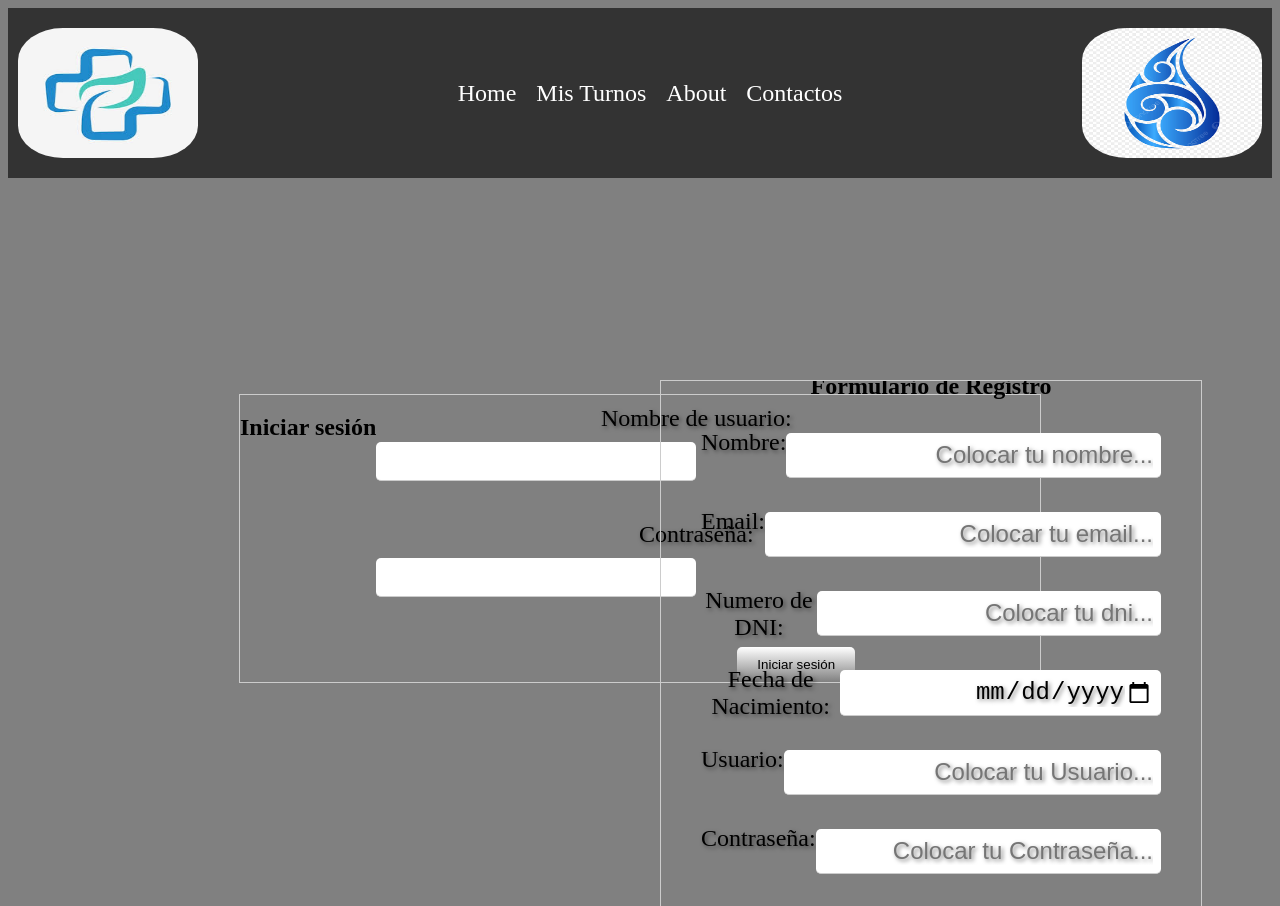
Repository: mauro8778/TurnoClinica
Page: / (app in front/vite-project/)
These files come from the project's save history. The page is drawn as it stood at one moment and after the next save; the edit follows.
The browser window is 1280 px wide. The pictures show the whole page.
The project was rebuilt for these pictures with package versions that can differ from the ones it lists, and the page was loaded fresh each time. Also part of the build but not shown: front/vite-project/vite.config.js.

Above is the page before, as saved 2024-04-14 14:12:06.

### front/vite-project/src/App.jsx

import "./index.css"
import NavBar from "./components/NavBar/NavBar.jsx";
import Login from "./views/Login/Login"
import Register from "./views/Register/Register.jsx";


function App() {


  return (
    <>
    <NavBar/>
  <Login/>
  <Register/>
    </>


  )
}

export default App

### front/vite-project/src/index.css
body{

  background-color: grey;
}

### front/vite-project/src/components/NavBar/NavBar.jsx

import  "./NavBar.css";
import hospital from "../../assets/hospital.jpg"
import logo from "../../assets/logo.jpg"


const NavBar=()=>{

    return(
    <>

    <div className="navbar">
      <img src={hospital} alt="Imagen 1" className="left-image" />
      <ul className="nav-list">
        <li>Home</li>
        <li>Mis Turnos </li>
        <li>About</li>
        <li>Contactos </li>
      </ul>
      <img src={logo} alt="Imagen 2" className="right-image" />
    </div>


    </>
    )
}
export default NavBar;

### front/vite-project/src/views/Login/Login.jsx
import { useState } from "react";
import axios from "axios"
import "./login.css";

const LoginForm = () => {
  const [credentials, setCredentials] = useState({
    username: "",
    password: ""
  });

  const [error, setError] = useState("");

  const handleInputChange = (event) => {
    const { name, value } = event.target;
    setCredentials({
      ...credentials,
      [name]: value
    });
  };

  const handleFormSubmit = async (event) => {
    event.preventDefault();
    if (!credentials.username && !credentials.password) {
        setError("Faltan rellenar los campos de usuario y contraseña");
        return;
      }
      if (!credentials.username) {
        setError("Falta colocar el nombre de usuario");
        return;
      }
      if (!credentials.password) {
        setError("Falta colocar la contraseña");
        return;
      }
    try {
        const response = await axios.post("http://localhost:3000/users/loguin", credentials);
        if (response.status === 200) {
          alert("Inicio de sesión exitoso");
        } else {
          setError("Credenciales inválidas");
        }
    } catch (error) {
        if (error.response && error.response.status === 400) {
          setError("Usuario inexistente");
        } else if (error.response && error.response.status === 401) {
          setError("Contraseña incorrecta");
        } else {
          setError ("Error al iniciar sesión. Por favor, inténtalo de nuevo más tarde");
        }
    }
};
  return (
    <div className="card-container">
    <div className="card">
      <h2>Iniciar sesión</h2>
      <form onSubmit={handleFormSubmit} className="form-container">
        <div className="input-container">
          <label htmlFor="username">Nombre de usuario:</label>
          <input
            type="text"
            id="username"
            name="username"
            value={credentials.username}
            onChange={handleInputChange}
          />
        </div>
        <div className="input-container">
          <label htmlFor="password">Contraseña:</label>
          <input
            type="password"
            id="password"
            name="password"
            value={credentials.password}
            onChange={handleInputChange}
          />
        </div>
        {error && <p className="error">{error}</p>}
        <button type="submit">Iniciar sesión</button>
      </form>
    </div>
  </div>
);
};

export default LoginForm;

### front/vite-project/src/views/Register/Register.jsx

import { useState, useEffect } from "react";
import "../Register/Register.css";
import { Validate } from "../../helper/validate";
import axios from "axios";

const Register = () => {
  const [userData, setUserData] = useState({
    name: "",
    email: "",
    nDni: "",
    birthdate: "",
    username: "",
    password: ""
  });

  const [errors, setErrors] = useState({
    name: "",
    email: "",
    nDni: "",
    birthdate: "",
    username: "",
    password: ""
  });

  const [formSubmitted, setFormSubmitted] = useState(false);

  const handleInputChange = (event) => {
    const { name, value } = event.target;
    setUserData({
      ...userData,
      [name]: value
    });
  };

  const handleFormSubmit = (event) => {
    event.preventDefault();
    setFormSubmitted(true);
  };

  useEffect(() => {
    if (formSubmitted) {
      const currentErrors = Validate(userData);
      setErrors(currentErrors);

      const noErrors = Object.values(currentErrors).every(
        (error) => error === ""
      );

      if (noErrors) {
        axios
          .post("http://localhost:3000/users/register", userData)
          .then(() => {
            alert("Usuario creado con éxito");
            setFormSubmitted(false);
            setUserData({
              name: "",
              email: "",
              nDni: "",
              birthdate: "",
              username: "",
              password: ""
            });
            setErrors({
              name: "",
              email: "",
              nDni: "",
              birthdate: "",
              username: "",
              password: ""
            });
          })
          .catch((error) => {
            console.error("Error al enviar los datos:", error);
          });
      }
    }
  }, [formSubmitted, userData]);

  return (
    <>
      <div className="tarjeta">
        <div className="contenido">
          <h2>Formulario de Registro</h2>
          <form onSubmit={handleFormSubmit}>
            <label htmlFor="name">
              Nombre:
              <input
                type="text"
                value={userData.name}
                name="name"
                placeholder="Colocar tu nombre..."
                onChange={handleInputChange}
              />
            </label>
            {formSubmitted && <p className="error">{errors.name}</p>}

            <label htmlFor="email">
              Email:
              <input
                type="text"
                value={userData.email}
                name="email"
                placeholder="Colocar tu email..."
                onChange={handleInputChange}
              />
            </label>
            {formSubmitted && <p className="error">{errors.email}</p>}

            <label htmlFor="nDni">
              Numero de DNI:
              <input
                type="text"
                value={userData.nDni}
                name="nDni"
                placeholder="Colocar tu dni..."
                onChange={handleInputChange}
              />
            </label>
            {formSubmitted && <p className="error">{errors.nDni}</p>}

            <label htmlFor="birthdate">
              Fecha de Nacimiento:
              <input
                type="date"
                value={userData.birthdate}
                name="birthdate"
                placeholder="Colocar tu Fecha de Nacimiento..."
                onChange={handleInputChange}
              />
            </label>
            {formSubmitted && <p className="error">{errors.birthdate}</p>}

            <label htmlFor="username">
              Usuario:
              <input
                type="text"
                value={userData.username}
                name="username"
                placeholder="Colocar tu Usuario..."
                onChange={handleInputChange}
              />
            </label>
            {formSubmitted && <p className="error">{errors.username}</p>}

            <label htmlFor="password">
              Contraseña:
              <input
                type="password"
                value={userData.password}
                name="password"
                placeholder="Colocar tu Contraseña..."
                onChange={handleInputChange}
              />
            </label>
            {formSubmitted && <p className="error">{errors.password}</p>}

            <button type="submit">Enviar</button>
          </form>
        </div>
      </div>
    </>
  );
};

export default Register;

### front/vite-project/src/components/NavBar/NavBar.css
.navbar {
  display: flex;
  justify-content: space-between;
  align-items: center;
  background-color: #333;
  padding: 10px;
  height: 150px;
}

.nav-list {
  list-style: none;
  display: flex;
  margin: 0;
  padding: 0;
}

.nav-list li {
  margin-left: 20px;
  color: white;
  font-size: 1.5rem;
}

.left-image,
.right-image {
  width: 180px;
  height: 130px;
  border-radius: 25%;
}

### front/vite-project/src/views/Login/login.css
.card-container {
  display: flex;
  justify-content: center;
  align-items: center;
  height: 100vh;
}
.centered{
  text-align: center;
  font-size: 3rem;
  color: black;
  padding: 10px 20px;
  text-shadow: 2px 2px 4px rgba(0, 0, 0, 0.5);
}
label{
  text-align: center;
  font-size: 1.5rem;
  color: black;
  padding: 10px 20px;
  border-radius: 5px;
  text-shadow: 2px 2px 4px rgba(0, 0, 0, 0.5);
  display: flex;
  justify-content: center;

}
input{
  text-align: right;
  font-size: 1.5rem;
  color: black;
  padding: 10px 20px;
  border-radius: 5px;
  text-shadow: 2px 2px 4px rgba(0, 0, 0, 0.5);
}

.card {
  display: flex;
  border: 1px solid #ccc;
  width: 80%;
  max-width: 800px;
}

.left-column,
.right-column {
  flex: 1;
  padding: 20px;
  background: linear-gradient(white,grey) ;
  display: flex;
  justify-content: center;
  align-items: center;
}

.left-column {
  border-right: 1px solid #ccc;
  background: linear-gradient(white,grey);
  display: flex;
  justify-content: center;
  align-items: center;
}

.right-column {
  display: flex;
  flex-direction: column;
  align-items: center;
  padding: 20px; }

.right-column h2 {
  margin-bottom: 20px;
}

.form-container {
  width: 80%;
  text-align: center;
}

.input-container {
  width: 100%;
  margin-bottom: 20px;
  text-align: left;
}

.error {
  color: red;
  text-align: center;
}

.button-container {
  margin: 0 5px;
}


.botones{
  display: flex;
  justify-content: space-between;
  align-items: center;
}
button {
  padding: 10px 20px;
  background: linear-gradient(white, grey);
  transition: background-color 0.3s ease;
  text-decoration: none;
  color: #333;
  border-radius: 5px;
}
button:hover {
  background-color: rgba(0, 0, 0, 0.1);
}
.Links {
  padding: 10px 20px;
  background: linear-gradient(white, grey);
  transition: background-color 0.3s ease;
  text-decoration: none;
  color: #333;
  border-radius: 5px;
}
.Links:hover {
  background-color: rgba(0, 0, 0, 0.1);
}

### front/vite-project/src/views/Register/Register.css
.tarjeta {
    display: flex;
    flex-direction: column;
    justify-content: center;
    align-items: center;
    width: 500px;
    height: 500px;
    margin: 20px;
    padding: 20px;
    position: relative;
    overflow: hidden;
    border: 1px solid #ccc;
    background-color: transparent;
    transition: all 0.3s ease;
    position: fixed; /* Utiliza una posición fija para que se centre en la pantalla */
  top: 50%; /* Posición vertical centrada */
  left: 50%;
  }

  .tarjeta:hover {
    transform: scale(1.05);
    box-shadow: 0 0 10px rgba(0, 0, 0, 0.2);
  }

  .contenido {
    display: flex;
    flex-direction: column;
    align-items: center;
  }

  .contenido h2 {
    color: black;
  }

  button {
    margin-top: 20px;
    padding: 10px 20px;
    background-color: transparent;
    border: none;
    color: black;
    cursor: pointer;
    margin-left: 200px;
  }

  button:hover {
    background-color: #ccc;
  }

  input {
    margin-bottom: 10px;
    padding: 5px;
    border: none;
    border-bottom: 1px solid #ccc;
    outline: none;
  }
  input:focus {
    border-bottom-color: black;
  }
  .error{
color: red;

  }
  .contenido label input {
    width: 100%;
    padding: 8px;
    margin-top: 4px;
  }

### front/vite-project/src/helper/validate.js
export const Validate = (input) => {
    const errors = {};

    const nameRegex = /^[A-Za-z]{1,20}$/;
    if (!nameRegex.test(input.name)) {
        errors.name = "El nombre debe contener solo letras y tener máximo 20 caracteres";
    }

    const emailRegex = /^[^\s@]+@[^\s@]+\.[^\s@]+$/;
    if (!emailRegex.test(input.email)) {
        errors.email = "El email no es válido";
    }

    const nDniRegex = /^\d{1,8}$/;
    if (!nDniRegex.test(input.nDni)) {
        errors.nDni = "El número de DNI debe contener solo números y tener máximo 8 dígitos";
    }

    const birthdateRegex = /^(19|20)\d\d-(0[1-9]|1[0-2])-(0[1-9]|[12][0-9]|3[01])$/;
    if (!birthdateRegex.test(input.birthdate)) {
        errors.birthdate = "La fecha de nacimiento no es válida";
    }

    const usernameRegex = /^[A-Za-z0-9_]{3,20}$/;
    if (!usernameRegex.test(input.username)) {
        errors.username = "El nombre de usuario debe contener solo letras, números y guiones bajos, y tener entre 3 y 20 caracteres";
    }

    const passwordRegex = /^.{8,}$/;
    if (!passwordRegex.test(input.password)) {
        errors.password = "La contraseña debe tener al menos 8 caracteres";
    }

    return errors;
};

Loaded but not shown: front/vite-project/index.html (common file); front/vite-project/src/main.jsx (common file)

After the next save:
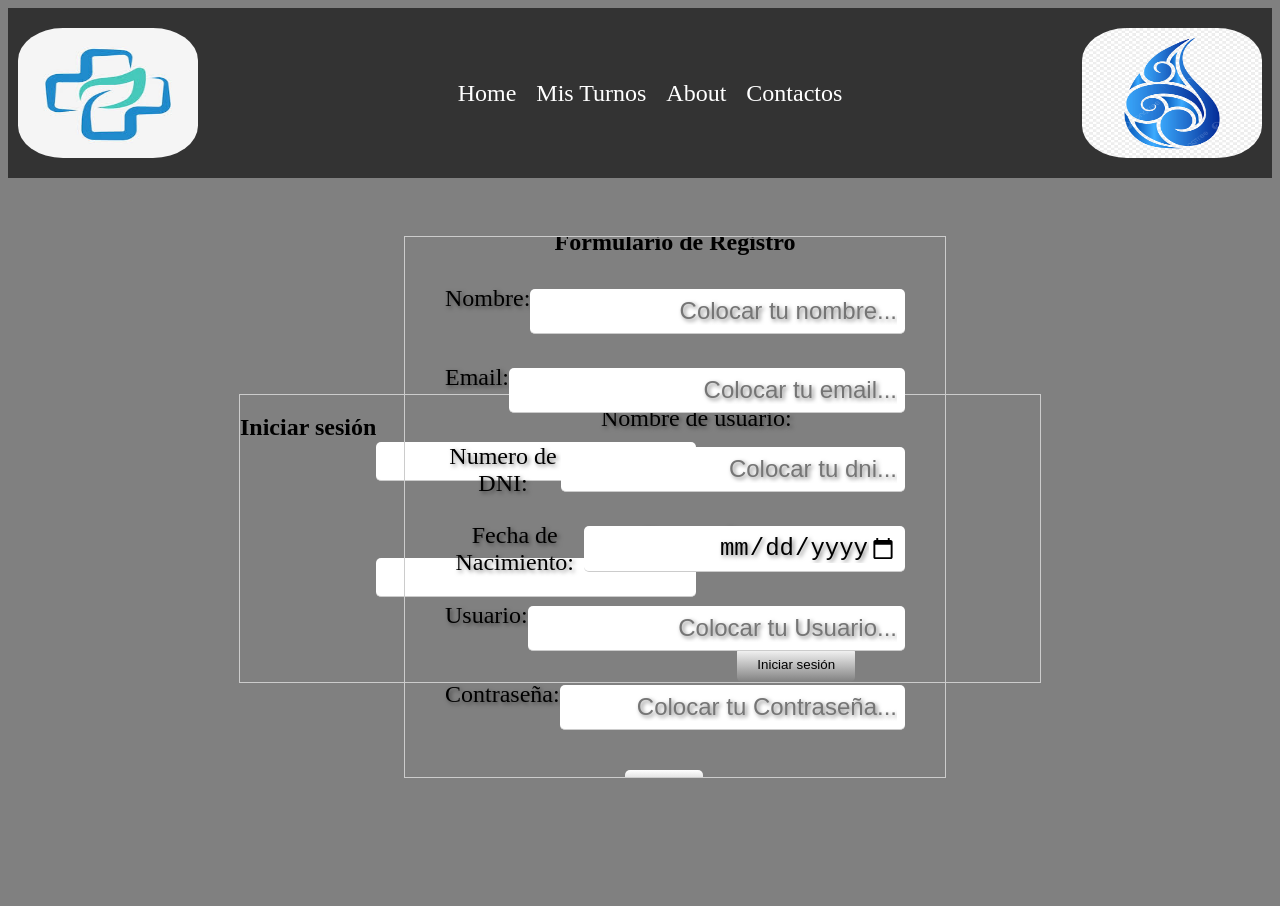
Saved 10 s later.
--- a/front/vite-project/src/views/Register/Register.css
+++ b/front/vite-project/src/views/Register/Register.css
@@ -13,8 +13,8 @@
     background-color: transparent;
     transition: all 0.3s ease;
     position: fixed; /* Utiliza una posición fija para que se centre en la pantalla */
-  top: 50%; /* Posición vertical centrada */
-  left: 50%;
+  top: 30%; /* Posición vertical centrada */
+  left: 30%;
   }
 
   .tarjeta:hover {
